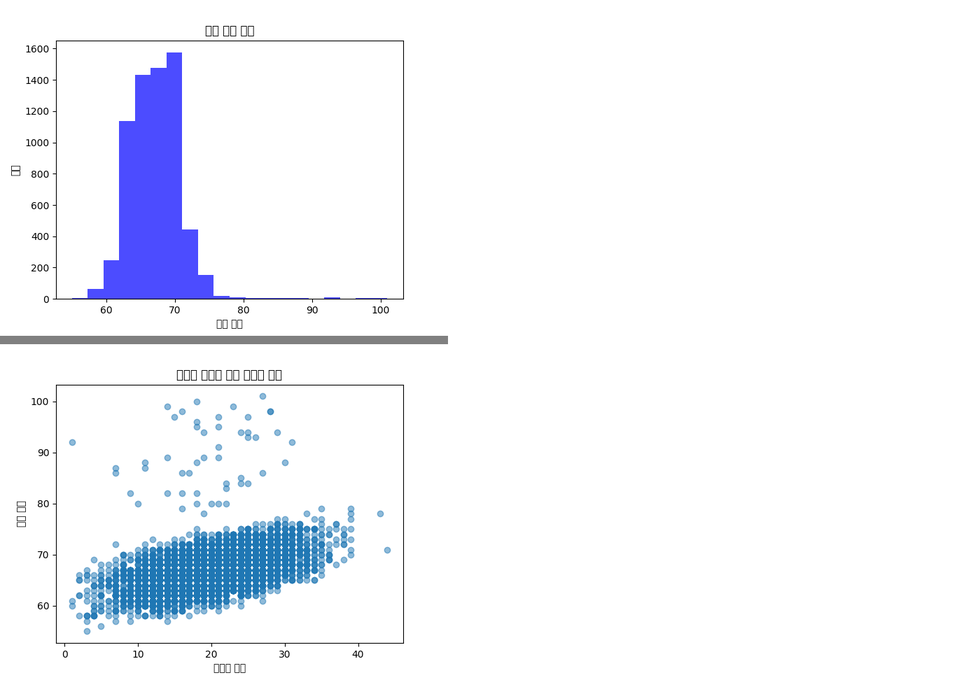
Repository: dldnwls07/BigDataStudy
Script's output: python analyze_data.py
The author's editor kept a copy of each file at every save. The script's output is drawn from the files as they stood at one save, then again after the next save.
The pictures show rows 0 to 1760 of an output 972 px tall, at 70% of full size.
Each picture stacks the figures in order, with grey between them; figures that are only written to a file come last. Random numbers start from a fixed seed.

Above is the script's output before, as saved 2025-04-25 10:36:53.
Error (its wording comes from the project's code and is left out).

After the next save:
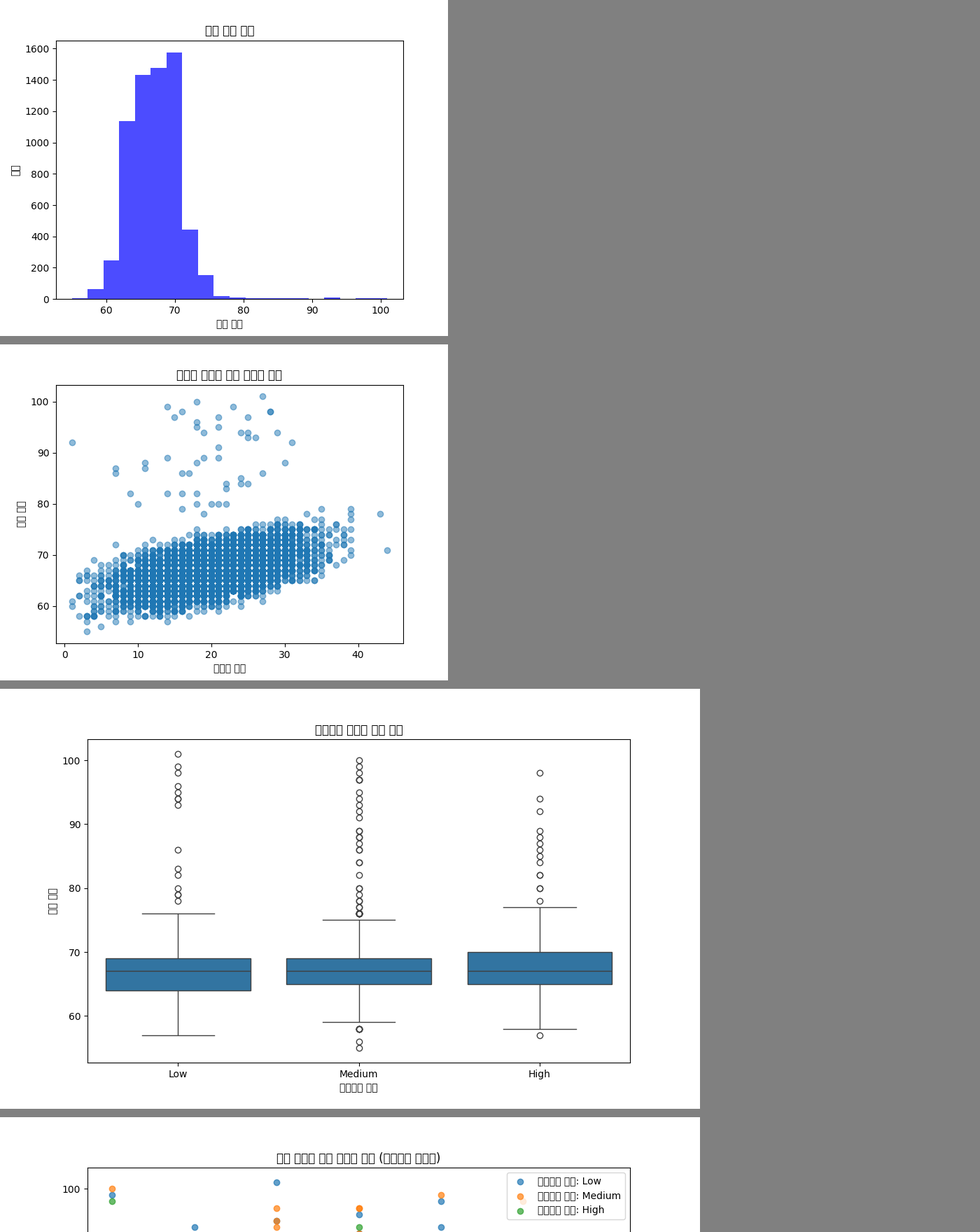
The error is gone.
Saved 49 s later.
--- a/analyze_data.py
+++ b/analyze_data.py
@@ -139,22 +139,22 @@ print("높은 부모 참여 그룹 평균 성적:", high_parental['시험 점수
 # 시각화 코드 수정
 import seaborn as sns
 
-# 동기 수준별 시험 점수 박스플롯
+# 학습의욕 수준별 시험 점수 박스플롯
 plt.figure(figsize=(10, 6))
-sns.boxplot(x='동기 수준', y='시험 점수', data=data, order=['Low', 'Medium', 'High'])
-plt.title('동기 수준별 시험 점수')
-plt.xlabel('동기 수준')
-plt.ylabel('시험 점수')
-plt.savefig('동기수준_시험점수_박스플롯.png')
-plt.show()
-
-# 수면 시간과 시험 점수 산점도 (색상을 동기 수준으로 구분)
+sns.boxplot(x='학습의욕 수준', y='시험 점수', data=data, order=['Low', 'Medium', 'High'])
+plt.title('학습의욕 수준별 시험 점수')
+plt.xlabel('학습의욕 수준')
+plt.ylabel('시험 점수')
+plt.savefig('학습의욕_수준별_시험점수_박스플롯.png')
+plt.show()
+
+# 수면 시간과 시험 점수 산점도 (색상을 학습의욕 수준으로 구분)
 plt.figure(figsize=(10, 6))
 for level in ['Low', 'Medium', 'High']:
-    subset = data[data['동기 수준'] == level]
+    subset = data[data['학습의욕 수준'] == level]
     plt.scatter(subset['수면 시간'], subset['시험 점수'],
-                alpha=0.7, label=f'동기 수준: {level}')
-plt.title('수면 시간과 시험 점수의 관계 (동기 수준별)')
+                alpha=0.7, label=f'학습의욕 수준: {level}')
+plt.title('수면 시간과 시험 점수의 관계 (학습의욕 수준별)')
 plt.xlabel('수면 시간')
 plt.ylabel('시험 점수')
 plt.legend()
@@ -172,12 +172,12 @@ plt.show()
 
 # 공부한 시간과 시험 점수 간의 산점도 (추가 시각화)
 plt.figure(figsize=(10, 6))
-sns.scatterplot(x='공부한 시간', y='시험 점수', hue='동기 수준',
+sns.scatterplot(x='공부한 시간', y='시험 점수', hue='학습의욕 수준',
                 data=data, palette='viridis', s=100, alpha=0.7)
-plt.title('공부한 시간과 시험 점수의 관계 (동기 수준별)')
+plt.title('공부한 시간과 시험 점수의 관계 (학습의욕 수준별)')
 plt.xlabel('공부한 시간')
 plt.ylabel('시험 점수')
-plt.savefig('공부시간_시험점수_동기수준_산점도.png')
+plt.savefig('공부시간_시험점수_학습의욕수준_산점도.png')
 plt.show()
 
 # AI 기반 진로 유형 분류 모델 생성
@@ -187,7 +187,7 @@ from sklearn.metrics import classification_report
 
 if '진로 유형' in data.columns:
     # 데이터 전처리
-    features = data[['공부한 시간', '동기 수준', '이전 시험 성적']]  # 주요 특징 선택
+    features = data[['공부한 시간', '학습의욕 수준', '이전 시험 성적']]  # 주요 특징 선택
     labels = data['진로 유형']
     features = pd.get_dummies(features, drop_first=True)  # 범주형 데이터 인코딩
 
